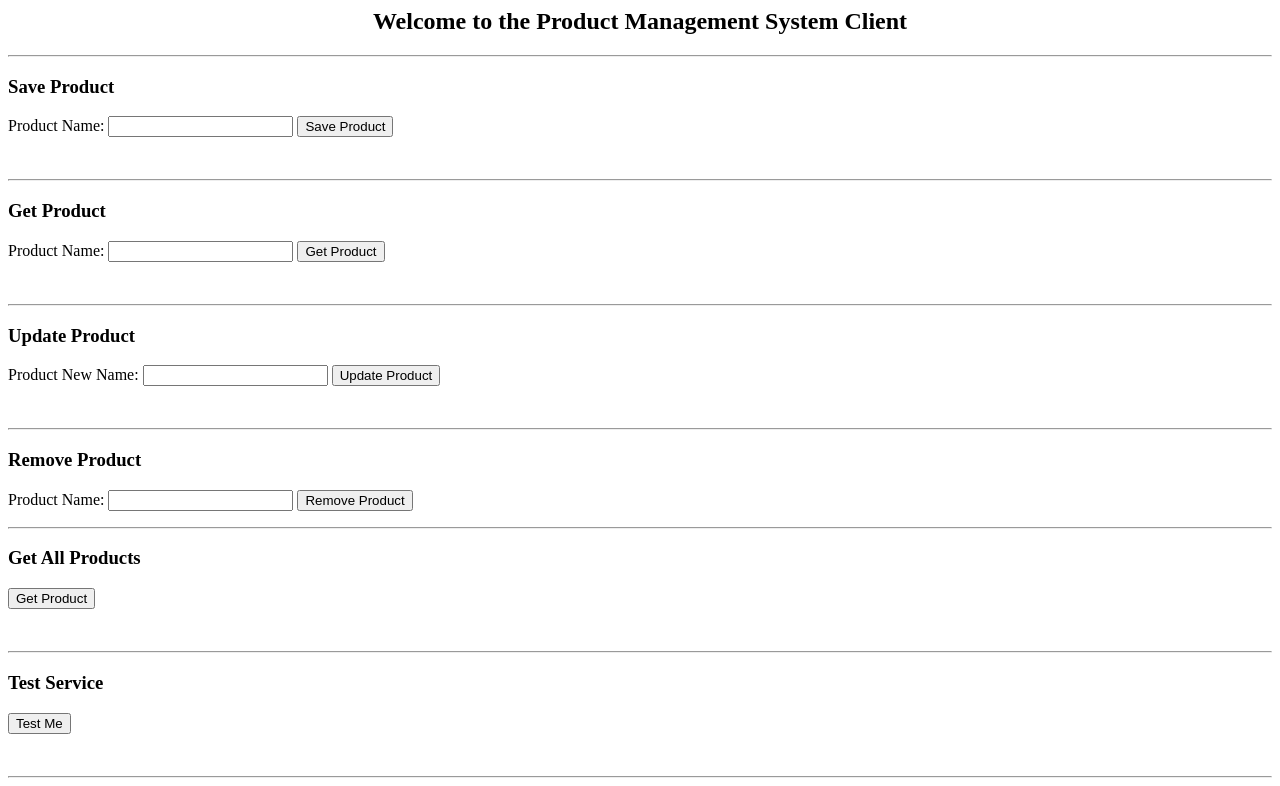
Repository: kanuwana/JavaWorkspace
Page: Product_Management_System_Client/WebContent/index.html
An editor plug-in stored every save of this project. The page is shown before and after the next save, followed by the edit.
The browser window is 1280 px wide. The pictures show the whole page.

Above is the page before, as saved 2013-10-27 18:56:13.

After the next save:
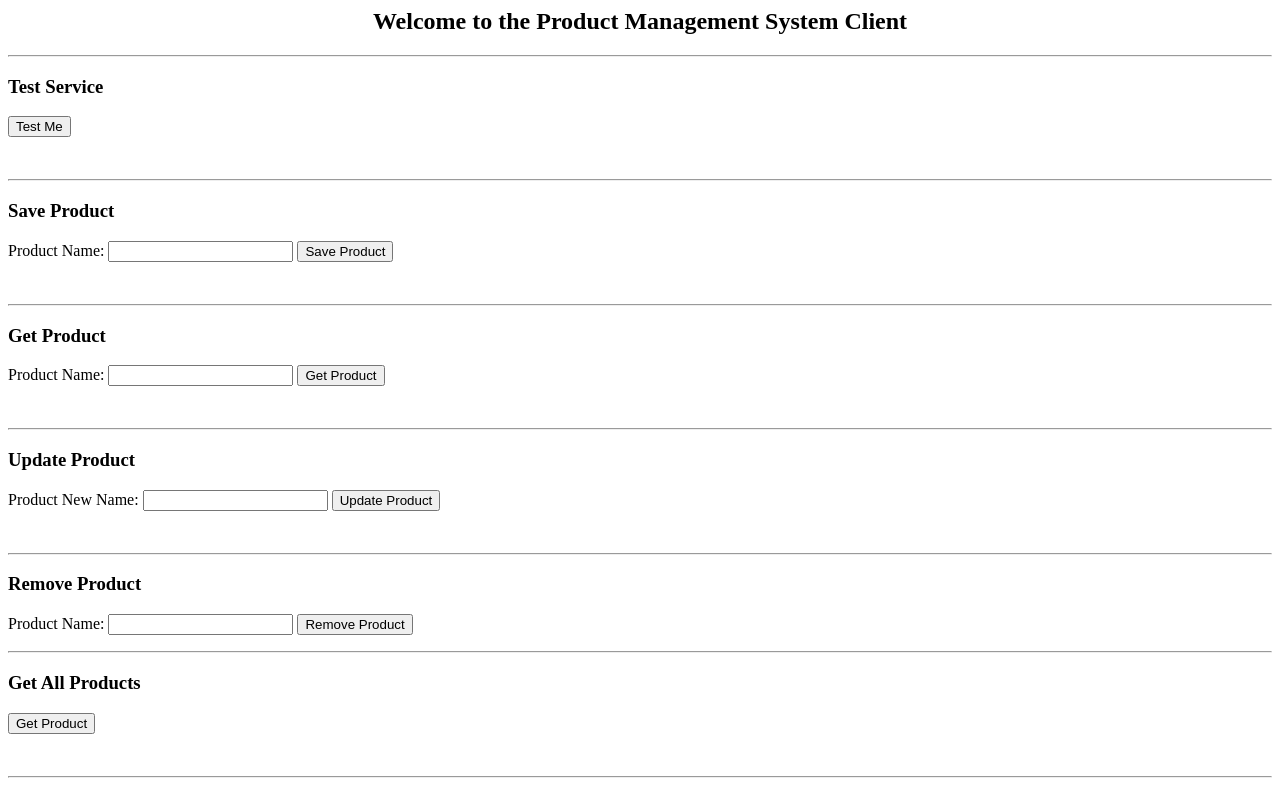
Saved 44 s later.
--- a/Product_Management_System_Client/WebContent/index.html
+++ b/Product_Management_System_Client/WebContent/index.html
@@ -4,6 +4,12 @@
 <head></head>
 <body>
 	<div align="center"><h2>Welcome to the Product Management System Client</h2></div><hr/>
+
+	<div><h3>Test Service</h3>
+		<form name="getProduct" action="/Product_Management_System_Client/pms/product/test" method="get">
+				<input type="submit" value="Test Me">
+		</form>
+	</div><br/><hr/>
 
 	<div><h3>Save Product</h3>
 		<form name="saveProduct" action="/Product_Management_System_Client/pms/product/save" method="post">
@@ -39,11 +45,5 @@
 		</form>
 	</div><br/><hr/>
 
-	<div><h3>Test Service</h3>
-		<form name="getProduct" action="/Product_Management_System_Client/pms/product/" method="get">
-				<input type="submit" value="Test Me">
-		</form>
-	</div><br/><hr/>
-
 </body>
 </html>
